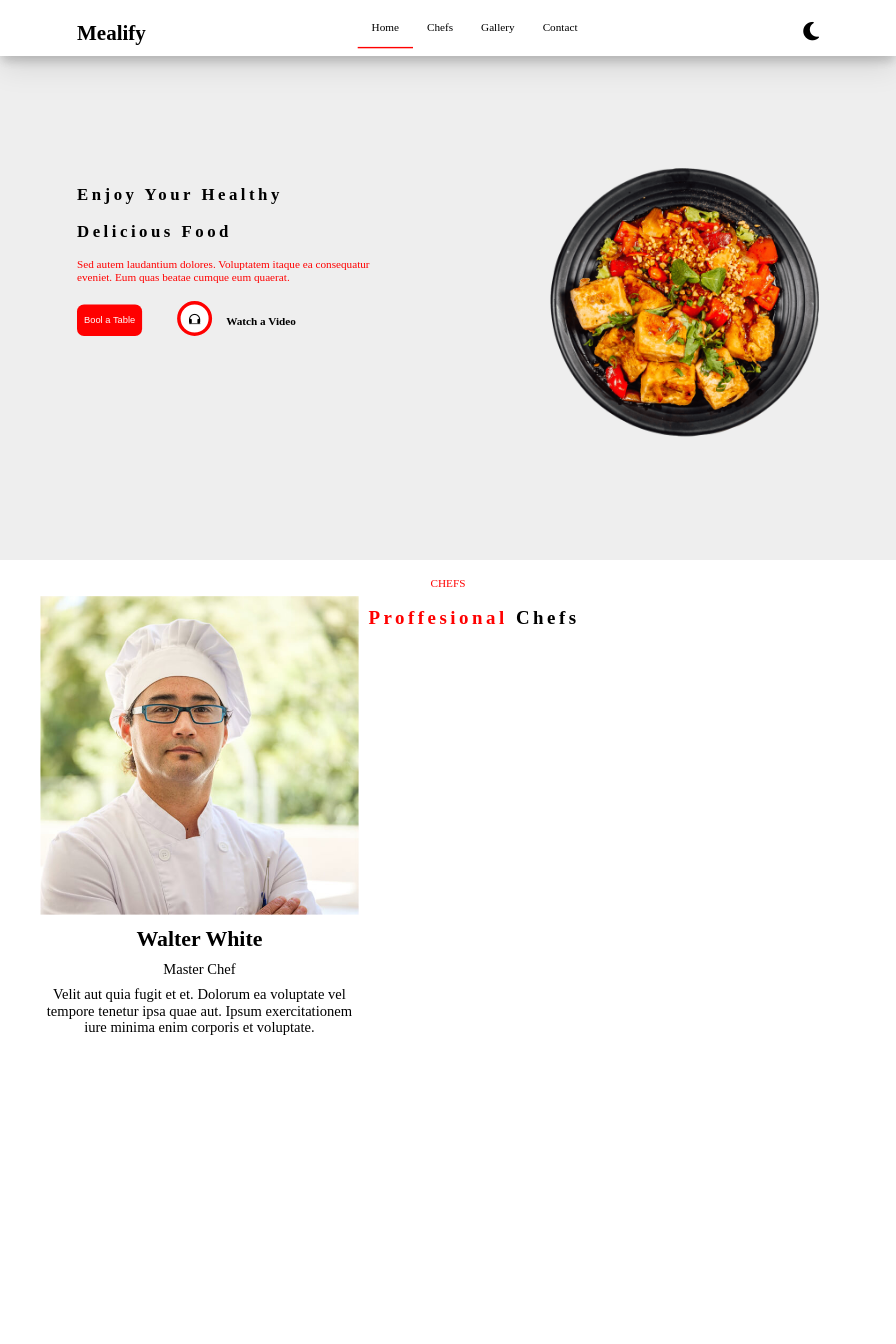
Repository: Ahmedalid/New-project
Page: Rout/index.html
An editor plug-in stored every save of this project. The page is shown before and after a run of saves, followed by the edit.
The browser window is 1280 px wide. The pictures show the part of the page from y = 0 to 1920 px (the page is 5000 px tall), at 70% of full size.
The pointer rests on the first visible `.card-img`.

Above is the page before, as saved 2023-06-08 11:07:04.

After the next 2 saves:
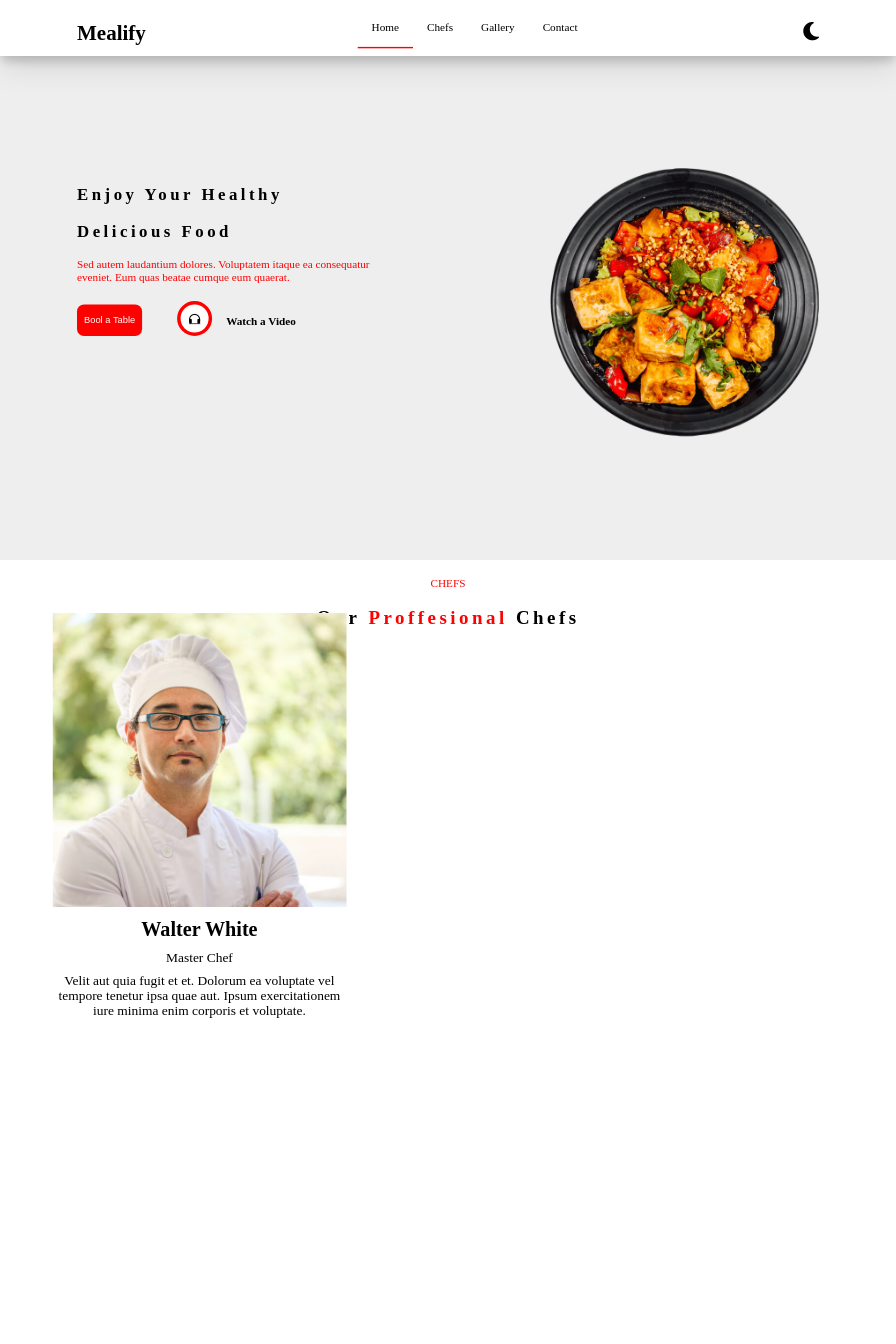
The 2 saves are shown as one change because they came seconds apart.
The last was saved 10 s later.
--- a/Rout/css/style.css
+++ b/Rout/css/style.css
@@ -146,7 +146,7 @@ img{
     font-weight:bold;
 }
 .card-img:hover{
-    transform: scale(1.3 , 1.3);
+    transform: scale(1.2 , 1.2);
     cursor: pointer;
     transition: 0.5s;
 }
